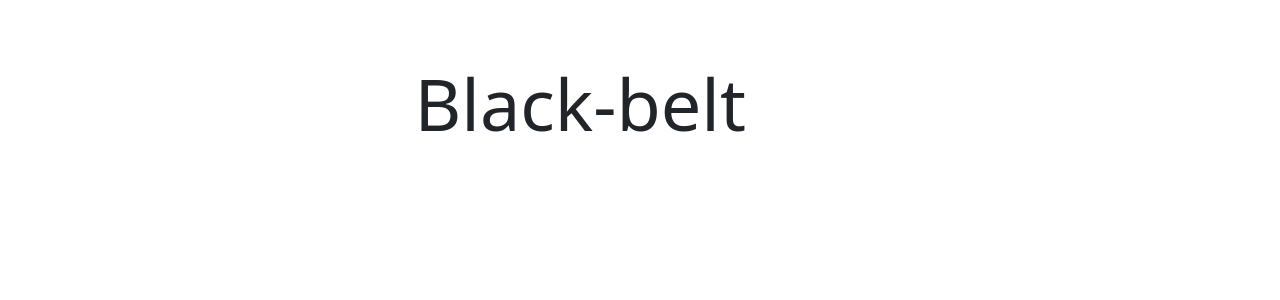
Repository: rihebtlh/catty-storefront
Page: index.html
These files come from the project's save history. The page is drawn as it stood at one moment and after a run of saves; the edit follows.
The browser window is 1280 px wide. The pictures show the whole page.

Above is the page before, as saved 2025-06-17 16:24:39.

After the next 4 saves:
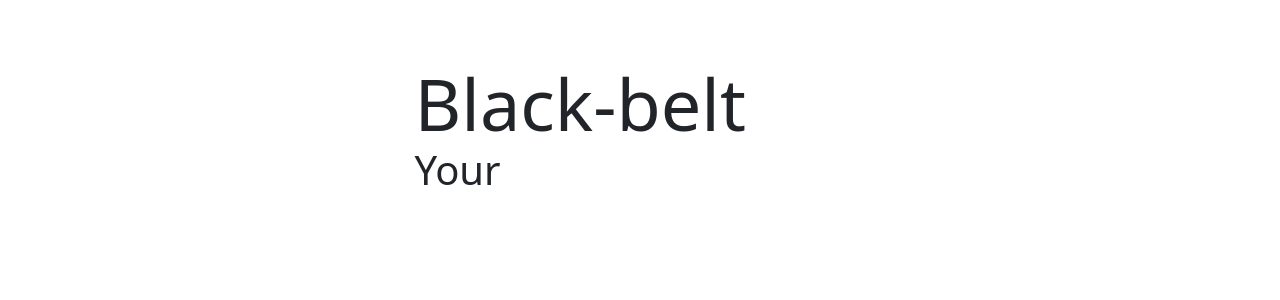
The 4 saves are shown as one change because they came seconds apart.
The last was saved 14 s later.
--- a/index.html
+++ b/index.html
@@ -20,6 +20,7 @@
                 <div class="col-md-5 text-center text-md-start">
                     <h1>
                         <div class="display-2">Black-belt</div>
+                        <div class="diplay-5">Your</div>
                     </h1>
                 </div>
             </div>
